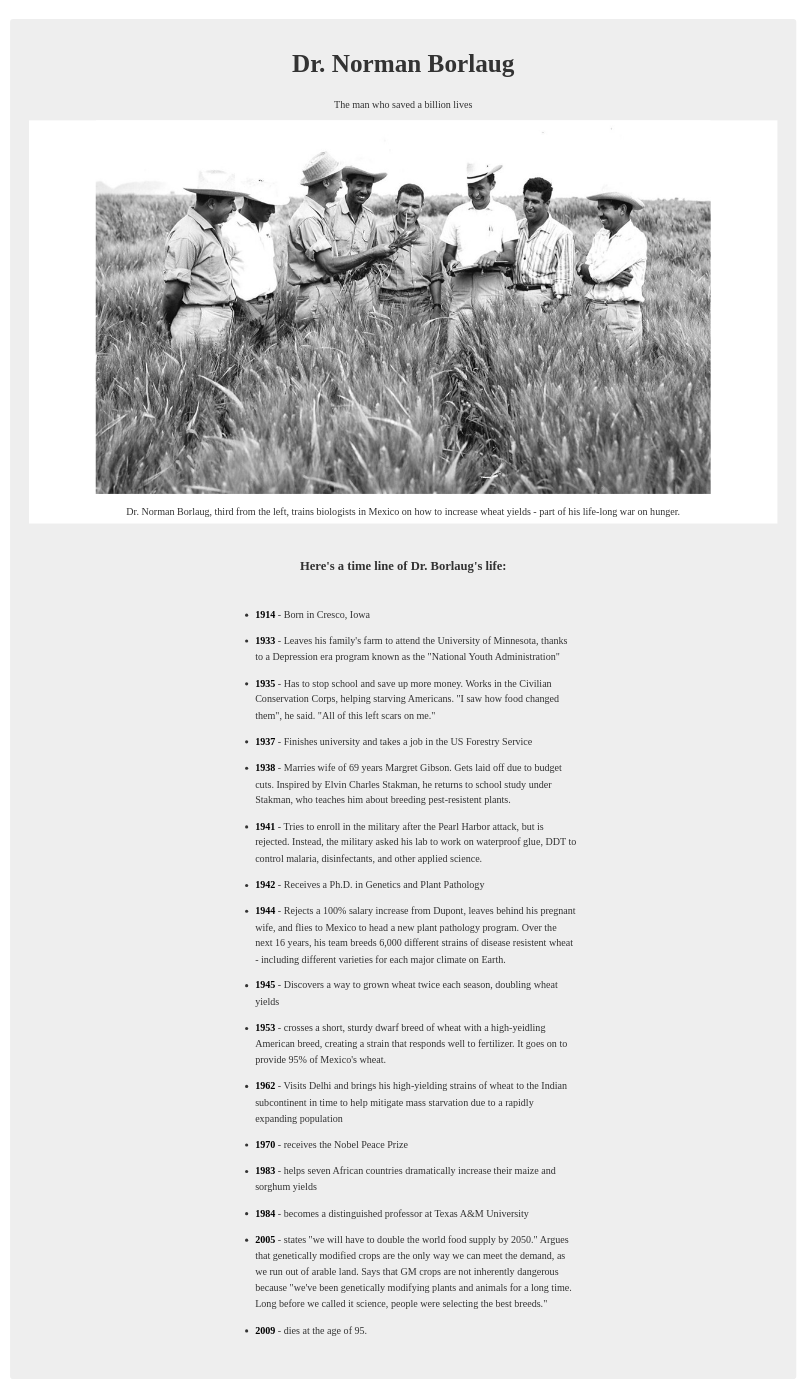
Repository: HTDuy01/github-demo
Page: freecodecamp/index.html
The author's editor kept a copy of each file at every save. The page is drawn from the files as they stood at one save, then again after the next save.
The browser window is 1280 px wide. The pictures show the whole page, at 63% of full size.

Above is the page before, as saved 2021-11-18 21:24:54.

After the next save:
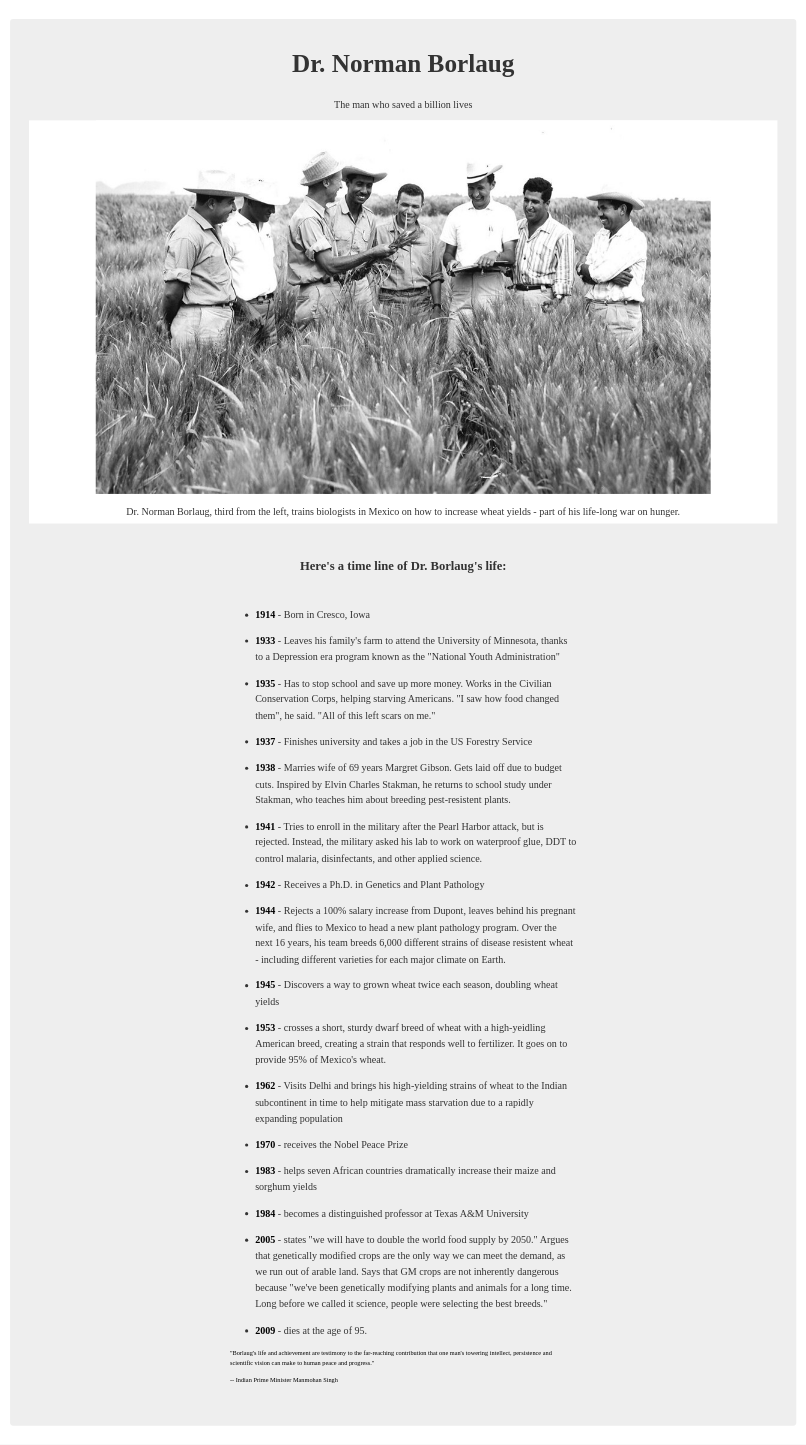
Saved 7 min 16 s later.
--- a/freecodecamp/index.html
+++ b/freecodecamp/index.html
@@ -88,6 +88,11 @@
                       - dies at the age of 95.
                 </li>
             </ul>
+
+            <div class="content-end">
+                <p class="content-end__heading">"Borlaug's life and achievement are testimony to the far-reaching contribution that one man's towering intellect, persistence and scientific vision can make to human peace and progress."</p>
+                <p class="content-end__sub-heading">-- Indian Prime Minister Manmohan Singh</p>
+            </div>
         </div>
 
         <footer class="footer">
